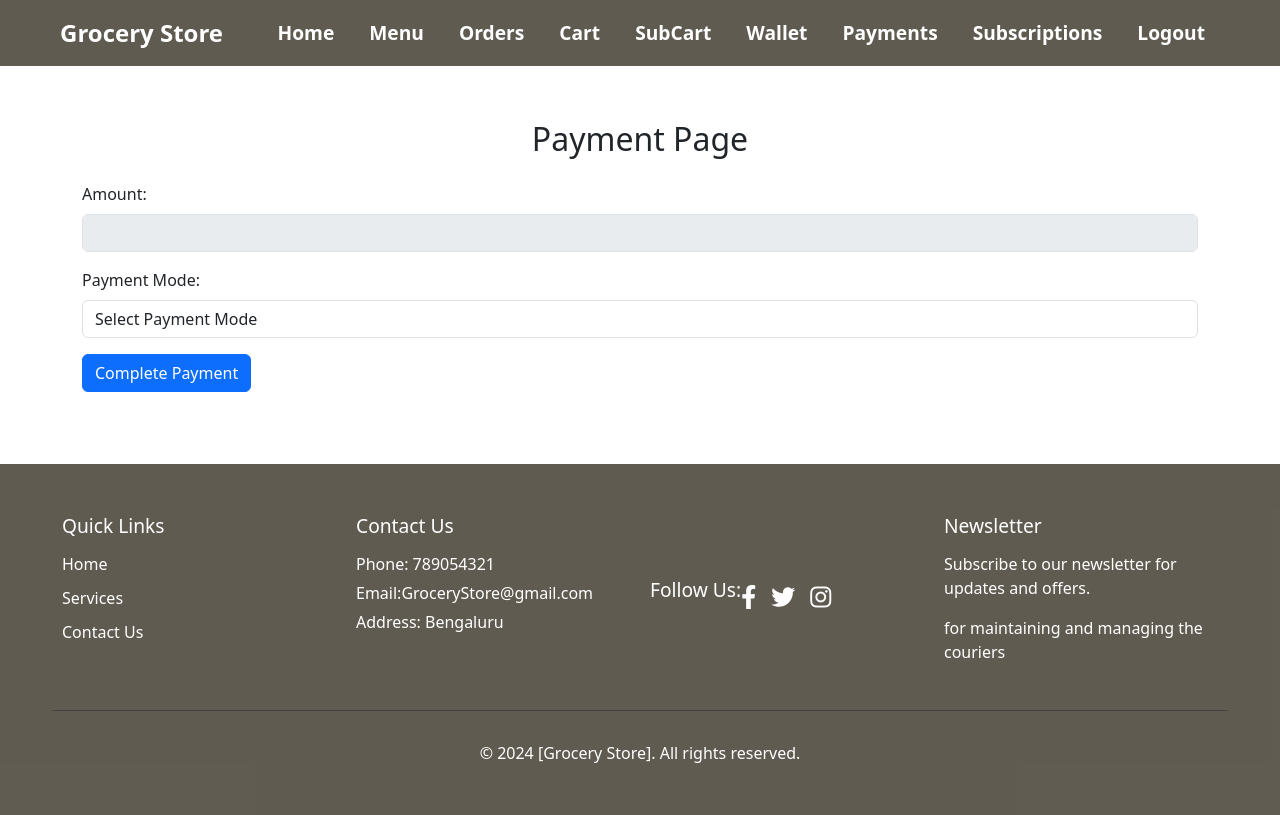
Repository: NagaMounikaY/GroceriesSubscriptionBookingManagement
Page: http://localhost/GroceriesSubBookingSystem/WEB-INF/views/payment.jsp
The author's editor kept a copy of each file at every save. The page is drawn from the files as they stood at one save, then again after the next save.
The browser window is 1280 px wide. The pictures show the whole page.
The page is served by Tomcat 9. Nobody is signed in. Other server files are loaded and not shown. The template is opened directly, without the code that normally fills it, so the values that code supplies are empty.

Above is the page before, as saved 2024-09-16 10:35:20.

### GroceriesSubBookingSystem/src/main/webapp/WEB-INF/views/payment.jsp
<%@ page language="java" contentType="text/html; charset=ISO-8859-1" pageEncoding="ISO-8859-1" isELIgnored="false"%>
<!DOCTYPE html>
<html lang="en">
<head>
    <meta charset="UTF-8">
    <meta name="viewport" content="width=device-width, initial-scale=1.0">
    <title>Payment</title>
    <link rel="stylesheet" href="https://stackpath.bootstrapcdn.com/bootstrap/4.3.1/css/bootstrap.min.css">
    <style>
        .error {
            color: red;
            font-size: 0.875em;
            margin-top: 0.25em;
        }
    </style>
    <script>
        function validateCardNumber() {
            const cardNumber = document.getElementById('card_number').value;
            const regex = /^\d{16}$/; // 16 digits for card number
            const errorElement = document.getElementById('card_number_error');
            if (cardNumber && !regex.test(cardNumber)) {
                errorElement.textContent = 'Card Number must be exactly 16 digits.';
            } else {
                errorElement.textContent = '';
            }
        }

        function validateExpiryDate() {
            const expireDate = document.getElementById('expire_date').value;
            const regex = /^(0[1-9]|1[0-2])\/\d{2}$/; // MM/YY format
            const errorElement = document.getElementById('expire_date_error');
            if (expireDate && !regex.test(expireDate)) {
                errorElement.textContent = 'Expiry Date must be in MM/YY format.';
            } else {
                errorElement.textContent = '';
            }
        }

        function validateCVV() {
            const cvvNumber = document.getElementById('cvv_number').value;
            const regex = /^\d{3}$/; // 3 digits for CVV
            const errorElement = document.getElementById('cvv_number_error');
            if (cvvNumber && !regex.test(cvvNumber)) {
                errorElement.textContent = 'CVV must be exactly 3 digits.';
            } else {
                errorElement.textContent = '';
            }
        }

        function showPaymentDetails() {
            const paymentMode = document.getElementById('payment_mode').value;
            const paymentDetails = document.getElementById('paymentDetails');
            paymentDetails.style.display = paymentMode ? 'block' : 'none';
        }
    </script>
</head>
<body>
  <!-- Header Section -->
    <jsp:include page="/customerHeader.jsp"></jsp:include>
    <br><br><br>
    <div class="container mt-5">
        <h2 class="mb-4 text-center">Payment Page</h2>
        <form action="${pageContext.request.contextPath}/payment/complete" method="post">


            <div class="form-group">
                <label for="amount">Amount:</label>
                <input type="text" id="amount" name="amount" class="form-control" value="${totalAmount}" readonly>
            </div>
            <div class="form-group">
                <label for="payment_mode">Payment Mode:</label>
                <select id="payment_mode" name="payment_mode" class="form-control" onchange="showPaymentDetails()" required>
                    <option value="">Select Payment Mode</option>
                    <option value="Credit Card">Credit Card</option>
                    <option value="Debit Card">Debit Card</option>
                    <option value="Net Banking">Net Banking</option>
                </select>
            </div>
            <div id="paymentDetails" style="display:none;">
                <div class="form-group">
                    <label for="card_number">Card Number:</label>
                    <input type="text" id="card_number" name="card_number" class="form-control" onchange="validateCardNumber()" required>
                    <div id="card_number_error" class="error"></div>
                </div>
                <div class="form-group">
                    <label for="expire_date">Expiry Date:</label>
                    <input type="text" id="expire_date" name="expire_date" class="form-control" onchange="validateExpiryDate()" required>
                    <div id="expire_date_error" class="error"></div>
                </div>
                <div class="form-group">
                    <label for="cvv_number">CVV:</label>
                    <input type="text" id="cvv_number" name="cvv_number" class="form-control" onchange="validateCVV()" required>
                    <div id="cvv_number_error" class="error"></div>
                </div>
            </div>
            <button type="submit" class="btn btn-primary">Complete Payment</button>
        </form>
    </div>
    <br><br><br>
       <!-- Footer Section -->
    <jsp:include page="/footer.jsp"></jsp:include>
</body>
</html>

### GroceriesSubBookingSystem/src/main/webapp/customerHeader.jsp
<%@ page language="java" contentType="text/html; charset=ISO-8859-1"
	pageEncoding="ISO-8859-1" isELIgnored="false"%>
<!DOCTYPE html PUBLIC "-//W3C//DTD HTML 4.01 Transitional//EN" "http://www.w3.org/TR/html4/loose.dtd">
<html>
<head>
<meta http-equiv="Content-Type" content="text/html; charset=ISO-8859-1">
<title>Courier Booking System</title>
<link
	href="https://stackpath.bootstrapcdn.com/bootstrap/5.3.0/css/bootstrap.min.css"
	rel="stylesheet">
<link rel="stylesheet"
	href="https://cdnjs.cloudflare.com/ajax/libs/font-awesome/4.7.0/css/font-awesome.min.css">
<style>
/* Header */
header {
	background: rgba(56, 51, 37, 0.8);
	color: #fff;
	padding: 15px 0;
	position: fixed;
	width: 100%;
	top: 0;
	left: 0;
	z-index: 1000;
}

header .container {
	display: flex;
	justify-content: space-between;
	align-items: center;
	max-width: 1200px;
	margin: 0 auto;
	padding: 0 20px;
}

header .logo {
	font-size: 1.5em; /* Increased size for the logo */
	font-weight: bold;
}

header nav {
	flex-grow: 1;
}

header nav ul {
	list-style: none;
	display: flex;
	justify-content: flex-end;
	margin: 0;
	padding: 0;
}

header nav ul li {
	margin-left: 05px;
}

header nav ul li a {
	color: #fff;
	text-decoration: none;
	padding: 10px 15px; /* Increased padding for better click area */
	font-size: 1.2em; /* Increased font size for navigation links */
	border-radius: 5px;
}

header nav ul li a:hover {
	background: #dd4545;
}
</style>
</head>
<body>
	<!-- Header -->
	<header>
	<div class="container">
		<div class="logo">Grocery Store</div>
		<nav>
		<ul>
			<li><a href="${pageContext.request.contextPath}/home.jsp"><strong>Home</strong></a></li>
			<li><a href="${pageContext.request.contextPath}/groceries/list"><strong>Menu</strong></a></li>
			<li><a
				href="${pageContext.request.contextPath}/orders/viewOrders"><strong>Orders</strong></a></li>
			<li><a href="${pageContext.request.contextPath}/orders/cart"><strong>Cart</strong></a></li>
			<li><a
				href="${pageContext.request.contextPath}/subscription/subcart"><strong>SubCart</strong></a></li>
			<li><a href="${pageContext.request.contextPath}/wallets/wallet"><strong>Wallet</strong></a></li>
			<li><a href="${pageContext.request.contextPath}/payment/history"><strong>Payments</strong></a></li>
			<li><a
				href="${pageContext.request.contextPath}/subscription/subscriptionlist"><strong>Subscriptions</strong></a></li>
			<li><a href="${pageContext.request.contextPath}/home.jsp"><strong>Logout</strong></a></li>
		</ul>
		</nav>
	</div>
	</header>

	<script src="https://code.jquery.com/jquery-3.5.1.slim.min.js"></script>
	<script
		src="https://cdn.jsdelivr.net/npm/@popperjs/core@2.11.6/dist/umd/popper.min.js"></script>
	<script
		src="https://stackpath.bootstrapcdn.com/bootstrap/5.3.0/js/bootstrap.bundle.min.js"></script>
</body>
</html>

### GroceriesSubBookingSystem/src/main/webapp/footer.jsp
<%@ page language="java" contentType="text/html; charset=ISO-8859-1"
	pageEncoding="ISO-8859-1" isELIgnored="false"%>
<!DOCTYPE html>
<html>
<head>
<meta http-equiv="Content-Type" content="text/html; charset=ISO-8859-1">
<title>Insert title here</title>
<link
	href="https://stackpath.bootstrapcdn.com/bootstrap/5.3.0/css/bootstrap.min.css"
	rel="stylesheet">
<link rel="stylesheet"
	href="https://cdnjs.cloudflare.com/ajax/libs/font-awesome/6.0.0-beta3/css/all.min.css">
<style>
/* Features Section */
.features {
	padding: 60px 20px;
	background: #f9f9f9;
}

.features h2 {
	text-align: center;
	margin-bottom: 40px;
}

.feature-cards {
	display: flex;
	justify-content: space-around;
	flex-wrap: wrap;
}

.feature-card {
	background: #fff;
	border-radius: 8px;
	box-shadow: 0 4px 8px rgba(0, 0, 0, 0.1);
	padding: 20px;
	width: 22%;
	text-align: center;
	margin-bottom: 20px;
}

.feature-card img {
	max-width: 50px;
	margin-bottom: 10px;
}

.feature-card h3 {
	margin: 10px 0;
	font-size: 1.2em;
}

.feature-card p {
	color: #666;
}

/* Footer */
footer {
	background: rgba(56, 51, 37, 0.8);
	color: #fff;
	padding: 40px 20px;
}

footer .container {
	max-width: 1200px;
	margin: 0 auto;
}

.footer-top {
	display: flex;
	justify-content: space-between;
	flex-wrap: wrap;
	margin-bottom: 20px;
}

.footer-top div {
	flex: 1;
	margin: 10px;
}

.footer-top h3 {
	margin-bottom: 15px;
	font-size: 1.2em;
}

.footer-top ul {
	list-style: none;
	padding: 0;
}

.footer-top ul li {
	margin-bottom: 10px;
}

.footer-top ul li a {
	color: #fff;
	text-decoration: none;
}

.footer-top ul li a:hover {
	text-decoration: underline;
}

.footer-contact p, .footer-social a {
	margin: 5px 0;
}

.footer-social {
	display: flex;
	align-items: center;
}

.footer-social a {
	color: #fff;
	text-decoration: none;
	margin-right: 15px;
	font-size: 1.5em;
}

.footer-social a:hover {
	text-decoration: underline;
}

.footer-newsletter form {
	display: flex;
	justify-content: center;
	margin-top: 10px;
}

.footer-newsletter input {
	padding: 10px;
	border-radius: 5px;
	border: none;
	width: 250px;
	margin-right: 10px;
}

.footer-newsletter button {
	padding: 10px 20px;
	border-radius: 5px;
	border: none;
	background: #007BFF;
	color: #fff;
	font-weight: bold;
	cursor: pointer;
}

.footer-bottom {
	text-align: center;
	padding-top: 20px;
	border-top: 1px solid #444;
}

.footer-bottom p {
	margin: 10px 0;
}
</style>
</head>
<body>
	<!-- Footer -->
	<footer>
		<div class="container">
			<div class="footer-top">
				<div class="footer-links">
					<h3>Quick Links</h3>
					<ul>
						<li><a href="${pageContext.request.contextPath}/home.jsp">Home</a></li>
						<li><a href="${pageContext.request.contextPath}/services.jsp">Services</a></li>
						<li><a href="${pageContext.request.contextPath}/contact.jsp">Contact
								Us</a></li>
					</ul>
				</div>
				<div class="footer-contact">
					<h3>Contact Us</h3>
					<p>Phone: 789054321</p>
					<p>Email:GroceryStore@gmail.com</p>
					<p>Address: Bengaluru</p>
				</div>
				<div class="footer-social">
					<h3>Follow Us:</h3>
					<br> <br> <a href="" class="fab fa-facebook-f"></a> <a
						href="#" class="fab fa-twitter"></a> <a href="#"
						class="fab fa-instagram"></a>
				</div>
				<div class="footer-newsletter">
					<h3>Newsletter</h3>
					<p>Subscribe to our newsletter for updates and offers.</p>
					<p>for maintaining and managing the couriers</p>
				</div>
			</div>
			<div class="footer-bottom">
				<p>&copy; 2024 [Grocery Store]. All rights reserved.</p>
			</div>
		</div>
	</footer>
	<!-- Footer -->
</body>
</html>

After the next save:
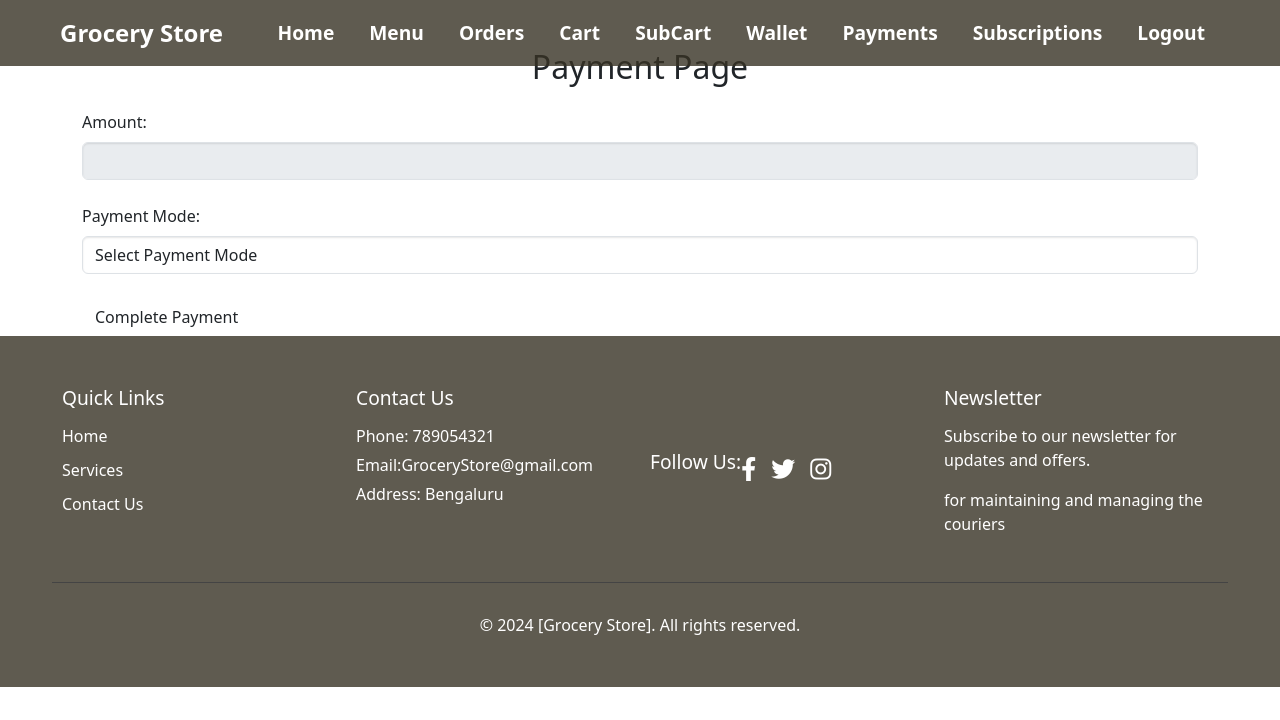
Saved 14 min 26 s later.
--- a/GroceriesSubBookingSystem/src/main/webapp/WEB-INF/views/payment.jsp
+++ b/GroceriesSubBookingSystem/src/main/webapp/WEB-INF/views/payment.jsp
@@ -11,6 +11,24 @@
             color: red;
             font-size: 0.875em;
             margin-top: 0.25em;
+        }
+        .btn-custom {
+            background-color: rgba(56, 51, 37, 0.8);
+            color: white;
+            border: none;
+        }
+        .btn-custom:hover {
+            background-color: rgba(56, 51, 37, 1);
+        }
+        .form-group {
+            margin-bottom: 1.5em;
+        }
+        .form-control {
+            border-radius: 0.25em;
+            box-shadow: inset 0 1px 2px rgba(0,0,0,0.1);
+        }
+        .container {
+            max-width: 600px;
         }
     </style>
     <script>
@@ -55,14 +73,11 @@
     </script>
 </head>
 <body>
-  <!-- Header Section -->
+    <!-- Header Section -->
     <jsp:include page="/customerHeader.jsp"></jsp:include>
-    <br><br><br>
     <div class="container mt-5">
         <h2 class="mb-4 text-center">Payment Page</h2>
         <form action="${pageContext.request.contextPath}/payment/complete" method="post">
-
-
             <div class="form-group">
                 <label for="amount">Amount:</label>
                 <input type="text" id="amount" name="amount" class="form-control" value="${totalAmount}" readonly>
@@ -79,25 +94,24 @@
             <div id="paymentDetails" style="display:none;">
                 <div class="form-group">
                     <label for="card_number">Card Number:</label>
-                    <input type="text" id="card_number" name="card_number" class="form-control" onchange="validateCardNumber()" required>
+                    <input type="text" id="card_number" name="card_number" class="form-control" oninput="validateCardNumber()" required>
                     <div id="card_number_error" class="error"></div>
                 </div>
                 <div class="form-group">
                     <label for="expire_date">Expiry Date:</label>
-                    <input type="text" id="expire_date" name="expire_date" class="form-control" onchange="validateExpiryDate()" required>
+                    <input type="text" id="expire_date" name="expire_date" class="form-control" oninput="validateExpiryDate()" required>
                     <div id="expire_date_error" class="error"></div>
                 </div>
                 <div class="form-group">
                     <label for="cvv_number">CVV:</label>
-                    <input type="text" id="cvv_number" name="cvv_number" class="form-control" onchange="validateCVV()" required>
+                    <input type="text" id="cvv_number" name="cvv_number" class="form-control" oninput="validateCVV()" required>
                     <div id="cvv_number_error" class="error"></div>
                 </div>
             </div>
-            <button type="submit" class="btn btn-primary">Complete Payment</button>
+            <button type="submit" class="btn btn-custom">Complete Payment</button>
         </form>
     </div>
-    <br><br><br>
-       <!-- Footer Section -->
+    <!-- Footer Section -->
     <jsp:include page="/footer.jsp"></jsp:include>
 </body>
 </html>
